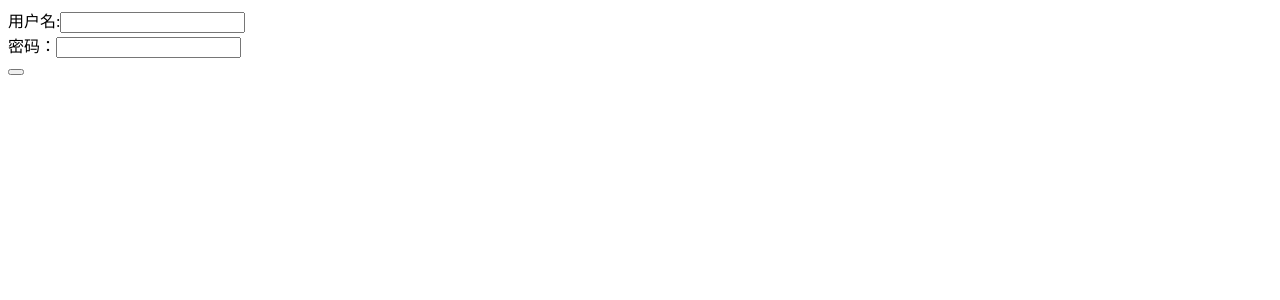
Repository: shunchensaber/Javaweb
Page: Web/WebContent/WebText1.html
These files come from the project's save history. The page is drawn as it stood at one moment and after the next save; the edit follows.
The browser window is 1280 px wide. The pictures show the whole page.

Above is the page before, as saved 2019-03-24 07:48:19.

After the next save:
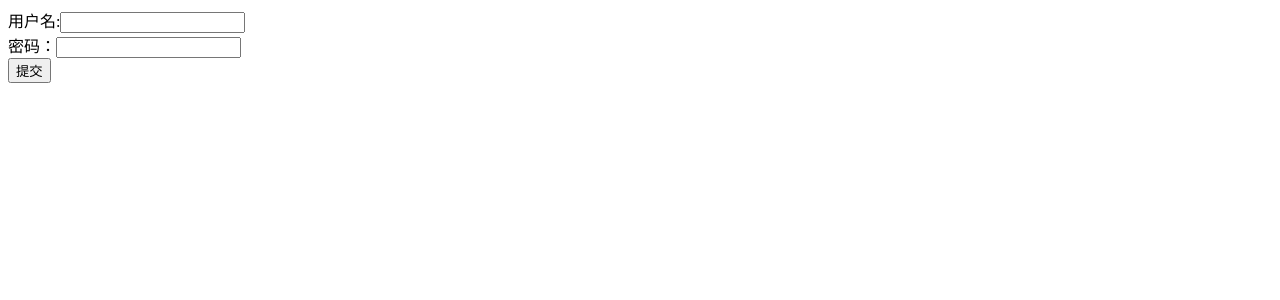
Saved 6 min 48 s later.
--- a/Web/WebContent/WebText1.html
+++ b/Web/WebContent/WebText1.html
@@ -10,7 +10,8 @@
 <br>
 密码：<input tyep = "password" name = "password">
 <br>
-<button type="submmit" name ="subbmit" value = "提交"></button>
+<button type="submmit" name ="subbmit">提交</button>
+
 </form>
 
 </body>
